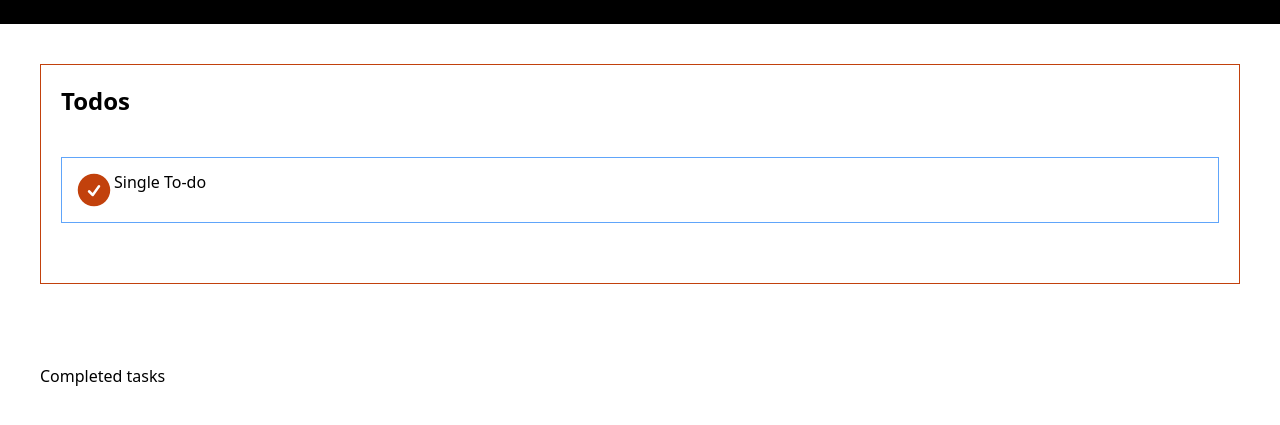
Repository: thekingisherenow/personalTodo
Page: /
The author's editor kept a copy of each file at every save. The page is drawn from the files as they stood at one save, then again after the next save.
The browser window is 1280 px wide. The pictures show the whole page.
The project was rebuilt for these pictures with package versions that can differ from the ones it lists, and the page was loaded fresh each time. The framework's server and built-in components were replaced by stand-ins that run in the browser. Also part of the build but not shown: next.config.js, styles/Home.module.css.

Above is the page before, as saved 2022-12-15 15:03:13.

### pages/index.js
import Head from 'next/head'
import Image from 'next/image'
import Completed from '../components/Completed'
import Todos from '../components/Todos'
import styles from '../styles/Home.module.css'

export default function Home() {
  return (
    <div>
      <Head>
        <title>Create Next App</title>
        <meta name="description" content="To-do App" />
        <link rel="icon" href="/favicon.ico" />
      </Head>

     <div className='bg-white'>
      <h1 className='bg-black'>Completed --Tasks</h1>
      <Todos/>
      <Completed />
     </div>
    </div>
  )
}

### components/Completed.js
import React from 'react'

function Completed() {
  return (
    <div className='p-10'>
      Completed tasks
    </div>
  )
}

export default Completed

### components/Todos.js
import React from 'react'
import Todo from './Todo'

function Todos() {
  return (
    <div className='p-5 m-10 border border-orange-700'>
      <h1 className='font-bold text-2xl'>Todos</h1>

        <Todo />

    </div>
  )
}

export default Todos

### components/Todo.js
import React from 'react'
import { CheckCircleIcon } from '@heroicons/react/24/solid'

function Todo() {
  return (
    <div className='border border-blue-400 p-3 my-10 flex'>
      <CheckCircleIcon className=' text-orange-700 w-10 h-10 ' />
      <span>Single To-do</span>
    </div>
  )
}

export default Todo

Loaded but not shown: pages/_app.js (common file); styles/globals.css (common file); tailwind.config.js (common file)

After the next save:
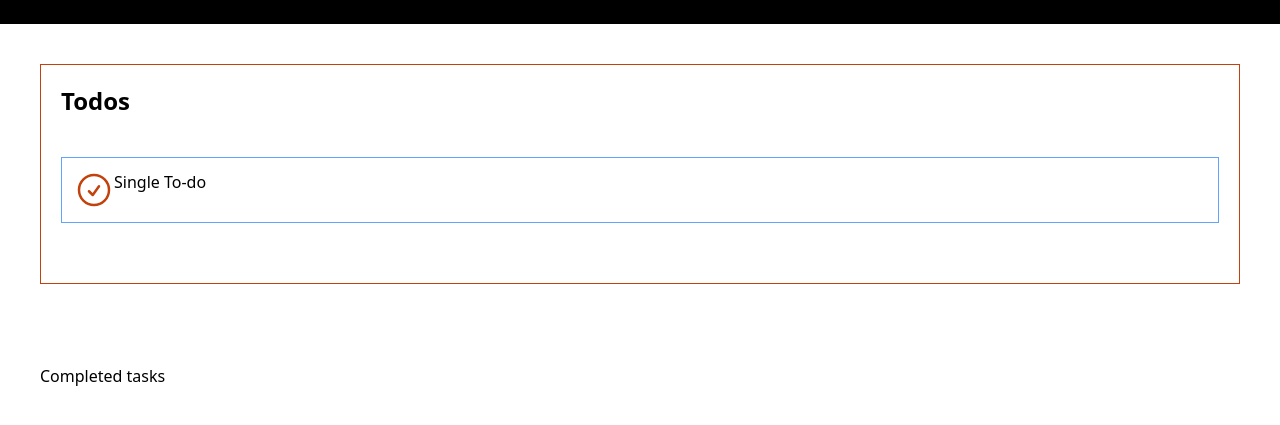
Saved 14 s later.
--- a/components/Todo.js
+++ b/components/Todo.js
@@ -1,5 +1,5 @@
 import React from 'react'
-import { CheckCircleIcon } from '@heroicons/react/24/solid'
+import { CheckCircleIcon } from '@heroicons/react/24/outline'
 
 function Todo() {
   return (
